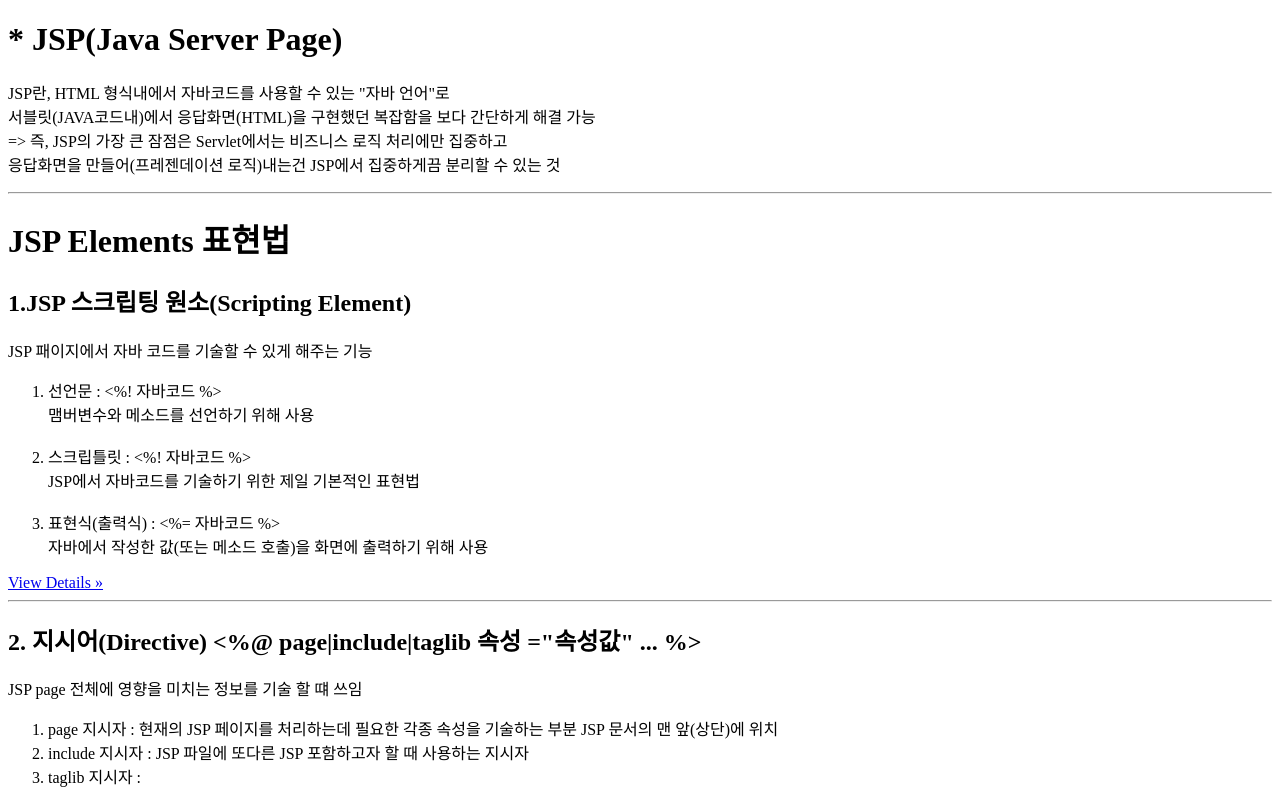
Repository: BrianH29/BH_webserver_workspace1
Page: webserver_workspace1/2_JSP/WebContent/index.html
These files come from the project's save history. The page is drawn as it stood at one moment and after the next save; the edit follows.
The browser window is 1280 px wide. The pictures show the whole page.

Above is the page before, as saved 2020-08-31 02:07:56.

After the next save:
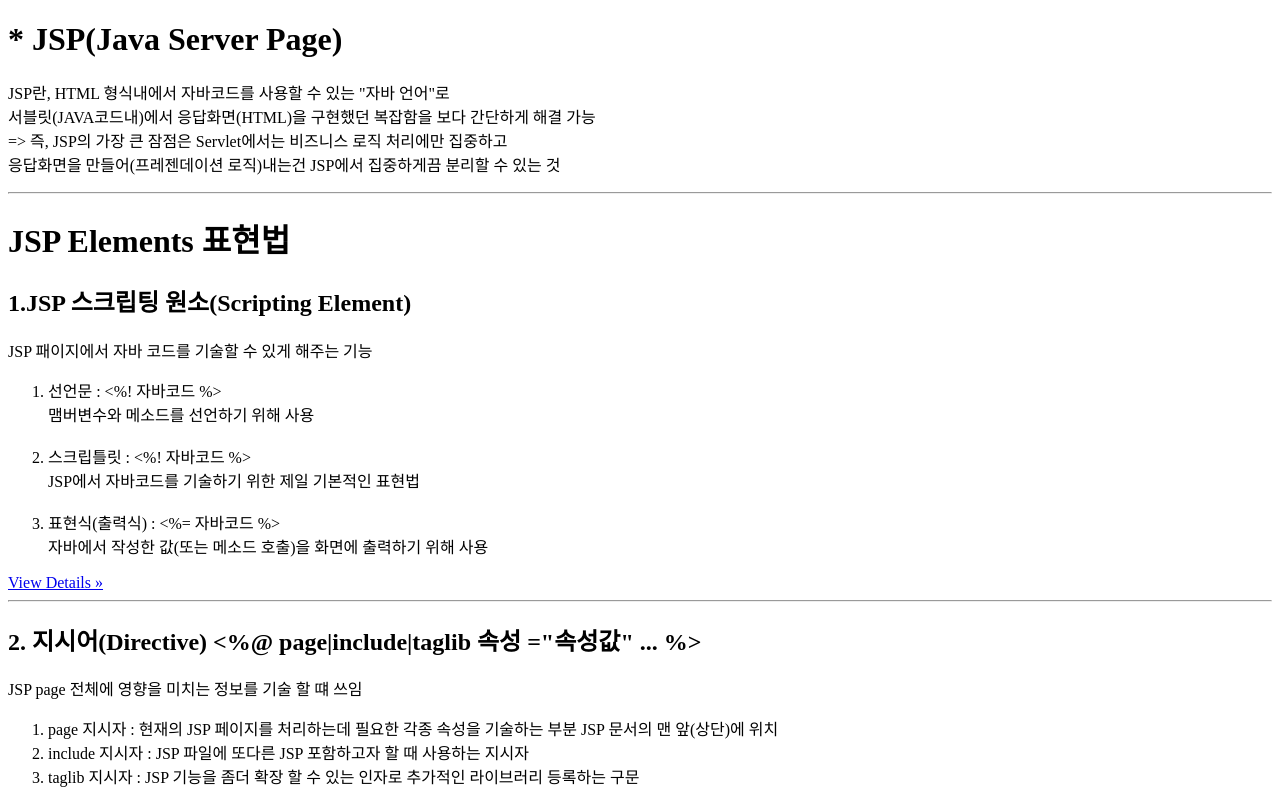
Saved 28 s later.
--- a/webserver_workspace1/2_JSP/WebContent/index.html
+++ b/webserver_workspace1/2_JSP/WebContent/index.html
@@ -54,7 +54,7 @@
 			include 지시자 : JSP 파일에 또다른 JSP 포함하고자 할 때 사용하는 지시자<br>
 		</li>
 		<li>
-			taglib 지시자 :
+			taglib 지시자 :  JSP 기능을 좀더 확장 할 수 있는 인자로 추가적인 라이브러리 등록하는 구문
 		</li>
 	</ol>
 
